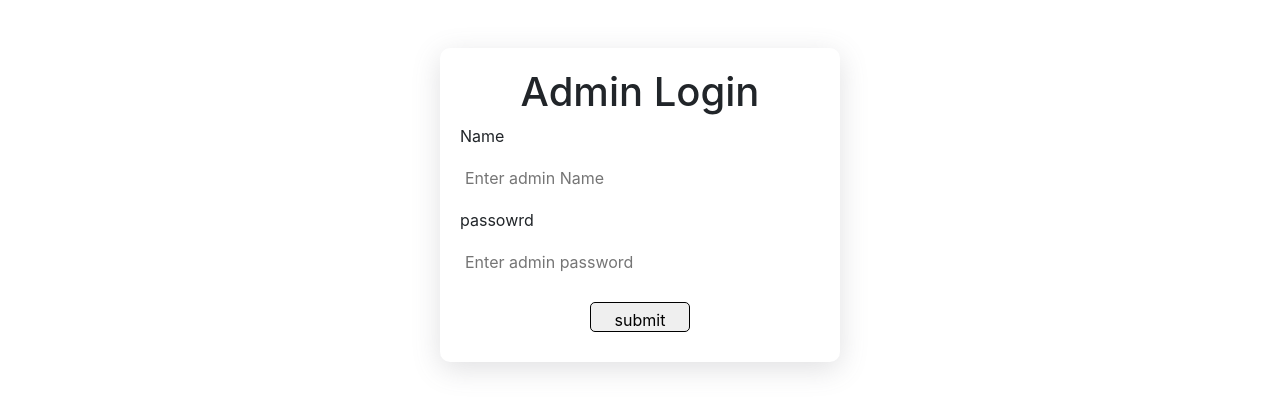
Repository: parthikjadav/parthik-react-practicle-exam
Page: /
These files come from the project's save history. The page is drawn as it stood at one moment and after a run of saves; the edit follows.
The browser window is 1280 px wide. The pictures show the whole page.
The project was rebuilt for these pictures with package versions that can differ from the ones it lists, and the page was loaded fresh each time. Requests to the local data server were answered from the project's data file. Also part of the build but not shown: src/App.css, src/componet/page/Reservationform.jsx, src/componet/page/Reservationlist.jsx, src/componet/header/navdata.js, src/componet/header/Navbar.jsx.

Above is the page before, as saved 2024-05-16 10:47:00.

### public/index.html
<!DOCTYPE html>
<html lang="en">
  <head>
    <meta charset="utf-8" />
    <link rel="icon" href="%PUBLIC_URL%/favicon.ico" />
    <meta name="viewport" content="width=device-width, initial-scale=1" />
    <meta name="theme-color" content="#000000" />
    <meta
      name="description"
      content="Web site created using create-react-app"
    />
    <link rel="apple-touch-icon" href="%PUBLIC_URL%/logo192.png" />
    <link href="https://cdn.jsdelivr.net/npm/bootstrap@5.0.2/dist/css/bootstrap.min.css" rel="stylesheet" integrity="sha384-EVSTQN3/azprG1Anm3QDgpJLIm9Nao0Yz1ztcQTwFspd3yD65VohhpuuCOmLASjC" crossorigin="anonymous">
    <!--
      manifest.json provides metadata used when your web app is installed on a
      user's mobile device or desktop. See https://developers.google.com/web/fundamentals/web-app-manifest/
    -->
    <link rel="manifest" href="%PUBLIC_URL%/manifest.json" />
    <script src="https://cdn.jsdelivr.net/npm/bootstrap@5.0.2/dist/js/bootstrap.bundle.min.js" integrity="sha384-MrcW6ZMFYlzcLA8Nl+NtUVF0sA7MsXsP1UyJoMp4YLEuNSfAP+JcXn/tWtIaxVXM" crossorigin="anonymous"></script>
    <!--
      Notice the use of %PUBLIC_URL% in the tags above.
      It will be replaced with the URL of the `public` folder during the build.
      Only files inside the `public` folder can be referenced from the HTML.

      Unlike "/favicon.ico" or "favicon.ico", "%PUBLIC_URL%/favicon.ico" will
      work correctly both with client-side routing and a non-root public URL.
      Learn how to configure a non-root public URL by running `npm run build`.
    -->
    <title>React App</title>
  </head>
  <body>
    <noscript>You need to enable JavaScript to run this app.</noscript>
    <div id="root"></div>
    <!--
      This HTML file is a template.
      If you open it directly in the browser, you will see an empty page.

      You can add webfonts, meta tags, or analytics to this file.
      The build step will place the bundled scripts into the <body> tag.

      To begin the development, run `npm start` or `yarn start`.
      To create a production bundle, use `npm run build` or `yarn build`.
    -->
  </body>
</html>

### src/index.js
import React from 'react';
import ReactDOM from 'react-dom/client';
import './index.css';
import App from './App';
import { BrowserRouter } from 'react-router-dom';
import { Provider } from 'react-redux';
import store from './componet/redux-saga/store';


const root = ReactDOM.createRoot(document.getElementById('root'));
root.render(
  <BrowserRouter>
    <React.StrictMode>
      <Provider store={store}>
      <App />
      </Provider>
    </React.StrictMode>
  </BrowserRouter>

);

### src/App.js
import { Route, Routes } from 'react-router-dom';
import './App.css';
import Adminlogin from './componet/page/Adminlogin';
import Reservationfrom from './componet/page/Reservationform';
import Reservationlist from './componet/page/Reservationlist';
import Navbar from './componet/header/Navbar';
import { useEffect } from 'react';
import { useDispatch } from 'react-redux';
import { GET_ROOM_PENDING } from './componet/redux-saga/room/action';
import { base_url, get_url } from './url';

const getRole = () => {
  const role = localStorage.getItem("role");
  return role;
};


function App() {

  const role = getRole();
  let dispatch = useDispatch();

  useEffect(() => {
    let url = base_url + get_url;
    dispatch({ type: GET_ROOM_PENDING, payload: url })
  })


  if (!role || role === "") {
    return (
      <Routes>
        <Route path="/" element={<Adminlogin />} />
      </Routes>
    );
  }

  if (role === "admin") {
    return (
      <>
        <Navbar />
        <Routes>
          <Route path="/reservation" element={<Reservationfrom />} />
          <Route path="/ReservationList" element={<Reservationlist />} />
        </Routes>
      </>
    );
  }



}

export default App;

### src/componet/redux-saga/store.js
import { applyMiddleware, createStore } from "redux";
import createSagaMiddleware from "redux-saga";
import { composeWithDevTools } from "@redux-devtools/extension";
import rootReducers from "./rootreducer";
import rootSaga from "./saga";



let sagaMiddleware = createSagaMiddleware();
const store = createStore(
    rootReducers,
    composeWithDevTools(applyMiddleware(sagaMiddleware))
);

sagaMiddleware.run(rootSaga)

export default store

### src/componet/page/Adminlogin.jsx
import React, { useRef } from 'react'
import "./AdminLogin.css"

const Adminlogin = () => {
    let name = useRef();
    let passowrd = useRef();

    const logindata = async () => {
        let data = {
            name: name.current.value,
            password: passowrd.current.value
        }
        console.log(data);
        if ("jignesh" == data.name && "3315" == data.password) {
            localStorage.setItem("role", "admin");
            window.location.href = "/reservation"
            console.log("login successfull");
            alert("login successfull")
        } else {
            alert("Error")
        }
    }
    return (
        <>
            <div class="mx-auto m-5 form" style={{ width: "400px" }}>
                <h1>Admin Login </h1>
                <label>Name  </label>
                <input type="text" placeholder='Enter admin Name' ref={name} />
                <label>passowrd </label>
                <input type="password" placeholder='Enter admin password' ref={passowrd} />
                <button onClick={logindata}>submit</button>
            </div>
        </>

    )
}

export default Adminlogin

### src/componet/redux-saga/room/action.js
//get action
export const GET_ROOM_PENDING = "GET_ROOM_PENDING";
export const GET_ROOM_SUCCESS = "GET_ROOM_SUCCESS";
export const GET_ROOM_ERROR = "GET_ROOM_ERROR";

//post action
export const POST_ROOM_PENDING = "POST_ROOM_PENDING";
export const POST_ROOM_SUCCESS = "POST_ROOM_SUCCESS";
export const POST_ROOM_ERROR = "POST_ROOM_ERROR";

//DELETE action
export const DELETE_ROOM_PENDING = "DELETE_ROOM_PENDING";
export const DELETE_ROOM_SUCCESS = "DELETE_ROOM_SUCCESS";
export const DELETE_ROOM_ERROR = "DELETE_ROOM_ERROR";

//UPDATA action
export const UPDATA_ROOM_PENDING = "UPDATA_ROOM_PENDING";
export const UPDATA_ROOM_SUCCESS = "UPDATA_ROOM_SUCCESS";
export const UPDATA_ROOM_ERROR = "UPDATA_ROOM_ERROR";

### src/url.js
export const base_url = "http://localhost:5000";

export const post_url = "/room";

export const get_url = "/room"

export const delete_url = "/room/"

export const updata_url = "/room/"

### src/componet/redux-saga/rootreducer.js
import { combineReducers } from "redux";
import roomReducer from "./room/reducer";


let rootReducers = combineReducers({
    roomReducer,
});

export default  rootReducers;

### src/componet/redux-saga/saga/index.js
import { all, call, put, takeLatest } from "redux-saga/effects";
import { DELETE_ROOM_ERROR, DELETE_ROOM_PENDING, DELETE_ROOM_SUCCESS, GET_ROOM_ERROR, GET_ROOM_PENDING, GET_ROOM_SUCCESS, POST_ROOM_ERROR, POST_ROOM_PENDING, POST_ROOM_SUCCESS, UPDATA_ROOM_ERROR, UPDATA_ROOM_PENDING, UPDATA_ROOM_SUCCESS } from "../room/action";
import { delete_room, get_room, post_room, updata_room } from "../room/api";

function* handle_post_room(action) {
    // console.log(action, "action from handle post room");
    try {
        let { data, status } = yield call(post_room, action);
        // console.log(data, status, "data and status from handle post room");
        if (status == 201 || status == 200) {
            yield put({ type: POST_ROOM_SUCCESS, data });
        } else {
            yield put({ type: POST_ROOM_ERROR, data });
        }
    }
    catch (error) {
        yield put({ type: POST_ROOM_ERROR, data: error })
    }
}

function* handle_get_room(action) {
    // console.log(action, "action from handle get room");
    try {
        let { data, status } = yield call(get_room, action);
        // console.log(data, status, "data and status from handle get room");
        if (status == 200) {
            yield put({ type: GET_ROOM_SUCCESS, data });
        }
        else {
            yield put({ type: GET_ROOM_ERROR, data });
        }
    }
    catch (error) {
        yield put({ type: GET_ROOM_ERROR, data: error });
    }
}

function* handle_delete_room(action) {
    // console.log(action, "action from handle delete room");
    try {
        let { data, status } = yield call(delete_room, action);
        // console.log(data, status, "data and status from handle delete room");
        if (status == 200) {
            yield put({ type: DELETE_ROOM_SUCCESS, data });
        } else {
            yield put({ type: DELETE_ROOM_ERROR, data });
        }
    }
    catch (error) {
        yield put({ type: DELETE_ROOM_ERROR, daat: error })
    }
}

function* handle_updata_room(action) {
    console.log(action, "action from handle updata room");
    try {
        let { data, status } = yield call(updata_room, action);
        console.log(data, status, "data and status from handle updata room");
        if (status == 200) {
            yield put({ type: UPDATA_ROOM_SUCCESS, data });
        }
        else {
            yield put({ type: UPDATA_ROOM_ERROR, data });
        }
    }
    catch (error) {
        yield put({ type: UPDATA_ROOM_ERROR, data: error })
    }
}

function* handle_post_room_saga() {
    yield takeLatest(POST_ROOM_PENDING, handle_post_room)
}

function* handle_get_room_saga() {
    yield takeLatest(GET_ROOM_PENDING, handle_get_room)
}

function* handle_delete_room_saga() {
    yield takeLatest(DELETE_ROOM_PENDING, handle_delete_room)
}

function* handle_updata_room_saga() {
    yield takeLatest(UPDATA_ROOM_PENDING, handle_updata_room)
}

function* rootSaga() {
    yield all([handle_post_room_saga(), handle_get_room_saga(), handle_delete_room_saga() , handle_updata_room_saga()])
}

export default rootSaga

### src/componet/page/AdminLogin.css
.form{
  width: 200px;
  padding: 20px;
  /* margin: 0px auto; */
  display: flex;
  flex-direction: column;
  justify-content: center;
  align-items: center;
  border-radius: 10px;
  box-shadow: rgba(100, 100, 111, 0.2) 0px 7px 29px 0px;
}
.form input{
  width: 100%;
  height: 40px;
  margin: 10px 0px;
  background-color: white;
  border: 0px solid black;
  border-radius: 5px;
  padding: 5px;
}
.form label{
  margin-right: auto;
}
.form button{
  width: 100px;
  height: 30px;
  margin: 10px 0px;
  border: 1px solid black;
  border-radius: 5px;
  padding: 5px;
}

### src/componet/redux-saga/room/reducer.js
import { DELETE_ROOM_ERROR, DELETE_ROOM_PENDING, DELETE_ROOM_SUCCESS, GET_ROOM_ERROR, GET_ROOM_PENDING, GET_ROOM_SUCCESS, POST_ROOM_PENDING, POST_ROOM_SUCCESS, UPDATA_ROOM_ERROR, UPDATA_ROOM_PENDING, UPDATA_ROOM_SUCCESS } from "./action";


let initialState = {
    room: [],
    isLoading: false,
    isError: null,
};

let roomReducer = (state = initialState, action) => {
    console.log(action, "action from reducer");
    switch (action.type) {
        //post user
        case POST_ROOM_PENDING: {
            return {
                isLoading: true,
                ...state,
            }
        }
        case POST_ROOM_SUCCESS: {
            return {
                isLoading: false,
                room: state.room.concat(action.data),
            }
        }
        case POST_ROOM_SUCCESS: {
            return {
                isError: action.data,
                ...state,
            }
        }
        //get user
        case GET_ROOM_PENDING: {
            return {
                isLoading: true,
                ...state,
            }
        }
        case GET_ROOM_SUCCESS: {
            return {
                isLoading: false,
                room: action.data,
            }
        }
        case GET_ROOM_ERROR: {
            return {
                ...state,
                isError: action.data,
            }
        }
        //delete user
        case DELETE_ROOM_PENDING: {
            return {
                isLoading: true,
                ...state,
            }
        }
        case DELETE_ROOM_SUCCESS: {
            return {
                isLoading: false,
                room: state.room.filter((item) => item.id != action.data.id)
            }
        }
        case DELETE_ROOM_ERROR: {
            return {
                isLoading: false,
                isError: action.data,
            }
        }
        //update user
        case UPDATA_ROOM_PENDING: {
            return {
                isLoading: true,
                ...state,
            }
        }
        case UPDATA_ROOM_SUCCESS: {
            return {
                isLoading: false,
                room: state.room.map((value, index) => {
                    if (value.id == action.data.id) {
                        return {
                            ...value,
                            ...action.data,
                        }
                    } else {
                        return value;
                    }
                })
            }
        }
        case UPDATA_ROOM_ERROR: {
            return {
                isError: action.data,
                ...state,
            }
        }
        default: {
            return {
                ...state,
            }
        }
    }
}

export default roomReducer

### src/componet/redux-saga/room/api.js
import axios from "axios";
import { base_url, delete_url, get_url, post_url, updata_url } from "../../../url";


let post_room = (action) => {
    // console.log(action ,"this action from post room");
    return axios.post(base_url + post_url, action.payload).then((res) => {
        // console.log(res,"res is post room");
        let data = res.data;
        let status = res.status;
        return { data, status }
    })
}

let get_room = (action) => {
    // console.log(action, "this action from get rom");
    return axios.get(base_url + get_url).then((res) => {
        // console.log(res, "res is get rom");
        let data = res.data;
        let status = res.status;
        return { data, status }
    })
}

let delete_room = (action) => {
    // console.log(action, "this action from delete room");
    return axios.delete(base_url + delete_url + action.payload).then((res) => {
        // console.log(res, "res is delete room");
        let data = res.data;
        let status = res.status;
        return { data, status };
    })
}

let updata_room = (action) => {
    console.log(action, "this action from updata room");
    return axios.put(base_url + updata_url + action.payload.id, action.payload).then((res) => {
        console.log(res, "res is updata room");
        let data = res.data;
        let status = res.status;
        return { data, status }
    })
}

export { post_room, get_room, delete_room, updata_room }

### db.json
{
  "room": [
    {
      "id": "8675",
      "name": "jignesh",
      "mobile": "1235467892",
      "address": "kamrej surat",
      "arrival": "2024-05-10",
      "checkout": "2024-05-14",
      "roomlist": "platinum",
      "roomtype": "double bedroom",
      "lunchtime": "breakfast and lunch"
    },
    {
      "id": "50ac",
      "name": "test",
      "mobile": "9876543214",
      "address": "surat",
      "arrival": "2024-05-02",
      "checkout": "2024-05-12",
      "roomlist": "prime",
      "roomtype": "double bedroom",
      "lunchtime": "breakfast and lunch"
    },
    {
      "id": "c1a8",
      "name": "abcd",
      "mobile": "7539684216",
      "address": "surat",
      "arrival": "2024-05-05",
      "checkout": "2024-05-07",
      "roomlist": "platinum",
      "roomtype": "single bedroom",
      "lunchtime": "breakfast"
    }
  ]
}

Loaded but not shown: src/index.css (common file)

After the next 3 saves:
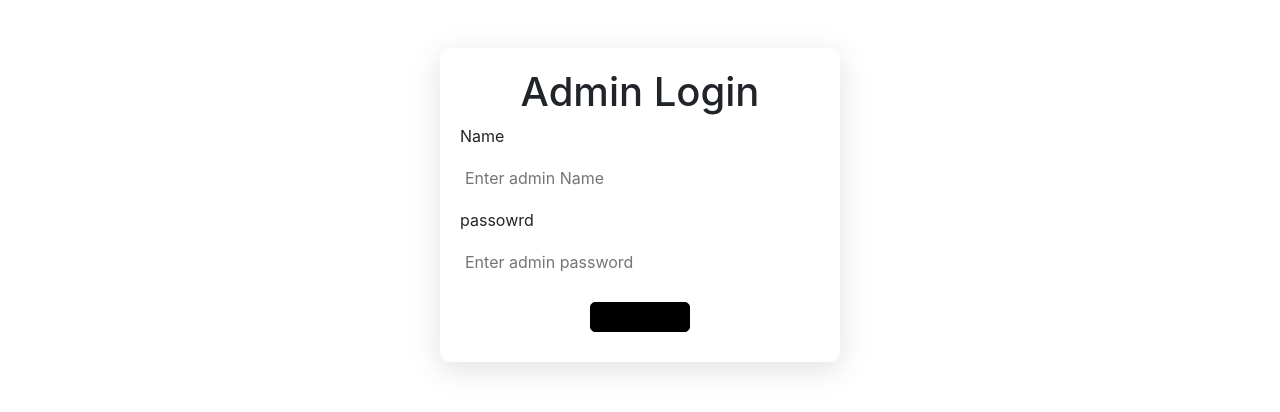
The 3 saves are shown as one change because they came seconds apart.
The last was saved 19 s later.
--- a/src/componet/page/AdminLogin.css
+++ b/src/componet/page/AdminLogin.css
@@ -27,5 +27,7 @@
   margin: 10px 0px;
   border: 1px solid black;
   border-radius: 5px;
+  background-color: black;
+  co
   padding: 5px;
 }
